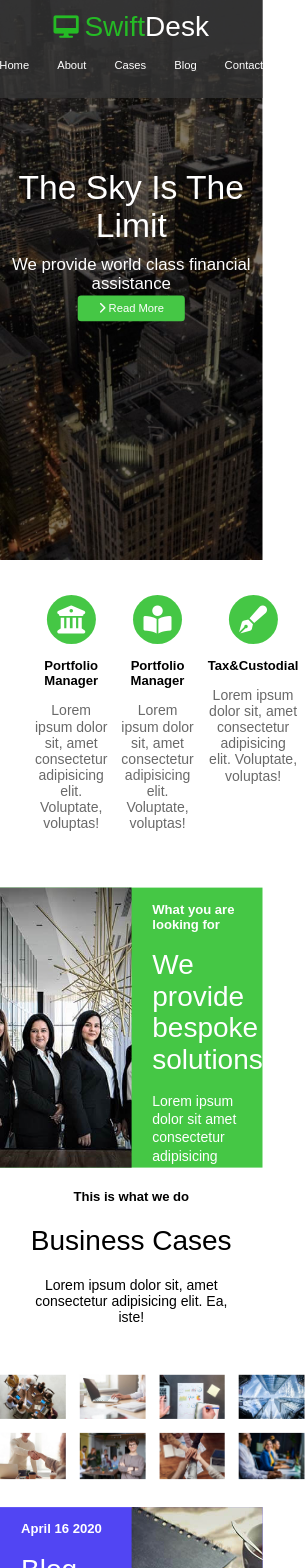
Repository: reemoon-ctrl/swiftdisk-Website-Flexbox
Page: index.html
These files come from the project's save history. The page is drawn as it stood at one moment and after the next save; the edit follows.
The browser window is 375 px wide. The page is 435 px wide, so the pictures cover 435 px, including what lies to the right of the window. The pictures show the part of the page from y = 0 to 2240 px (the page is 3551 px tall), at 70% of full size.
Some web fonts or font styles are not loaded; a fallback is used.

Above is the page before, as saved 2024-07-28 10:02:33.

### index.html
<!DOCTYPE html>
<html lang="en">
<head>
    <meta charset="UTF-8">
    <meta name="viewport" content="width=device-width, initial-scale=1.0">
    <title>
        Swift Desk
    </title>
    <link rel="stylesheet" href="https://cdnjs.cloudflare.com/ajax/libs/pretendard-gov/1.3.9/variable/pretendardvariable-gov.css" integrity="sha512-8+hQBaMPOtCpDlrIo2m0mrtjxkbHDG7Qn6+ftvl8QmG21EGNQTP8Qi76h2VgHyol77soXLVZuuZDX953JC10hw==" crossorigin="anonymous" referrerpolicy="no-referrer" />
    <link rel="stylesheet" href="https://cdnjs.cloudflare.com/ajax/libs/font-awesome/6.0.0-beta3/css/all.min.css">

    <link rel="stylesheet" href="index.css">
    <link rel="stylesheet" href="media.css">
</head>
<body>
    <div class="show-case">
        <header>
            <div class="nav-bar">
                <div class="title-bar">
                    <i class="fas fa-desktop fa-2x" style="color: rgb(37, 187, 37)"></i>
                    <h1 class="title"><span class="fword"> Swift</span>Desk</h1>
                </div>
                <div class="link-bar">
                    <a href="index.html">Home</a>
                    <a href="#about">About</a>
                    <a href="#cases">Cases</a>
                    <a href="#blog">Blog</a>
                    <a href="#contact">Contact</a>
                </div>
            </div>
        </header>
        <header class="hd-content">
            <h1>The Sky Is The Limit</h1>
            <p>We provide world class financial assistance
            </p>
            <a href=""><i class="fas fa-chevron-right "></i> Read More</a>

        </header>

    </div>
    <main>
        <div class="about-section">
            <ul id="about"class="about-srvice" >
                <li><i class="fas fa-university " ></i>
                    <h3>Portfolio Manager</h3>
                    <p>Lorem ipsum dolor sit, amet consectetur
                         adipisicing elit. Voluptate, voluptas!</p>
                </li>
                <li><i class="fas fa-book-open-reader " ></i>
                    <h3>Portfolio Manager</h3>
                    <p>Lorem ipsum dolor sit, amet consectetur
                         adipisicing elit. Voluptate, voluptas!</p></li>
                <li><i class="fas fa-pen-fancy " ></i>
                    <h3>Tax&Custodial</h3>
                    <p>Lorem ipsum dolor sit, amet consectetur
                         adipisicing elit. Voluptate, voluptas!</p></li>
            </ul>
        </div>
        <div>
            <div class="solutions">
                <div class="img"></div>
                <div class="solution-content">
                    <h3>What you are looking for</h3>
                    <h2>We provide bespoke solutions</h2>
                    <p>Lorem ipsum dolor sit amet consectetur
                        adipisicing elit. Mollitia nulla vitae aliquid voluptates placeat! Rem voluptatibus odit error labore! Nostrum, fuga tenetur. Doloribus, voluptas! Sed
                        fugiat explicabo perspiciatis velit ad?</p>
                    <a href="index.html">Read More</a>
                 </div>
            </div>
        </div>
        <div class="Business-case" id="cases">
            <div class="Business-case-content">
                <h3>This is what we do</h3>
                <h2>Business Cases</h2>
                <p>Lorem ipsum dolor sit, amet consectetur
                     adipisicing elit. Ea, iste!</p>
            </div>
            <div class="BC-image">
                <img class="BCimg BCimg1" src="/img/cases/cases1.jpg" alt="">
                <img  class="BCimg BCimg2" src="/img/cases/cases2.jpg" alt="">
                <img class="BCimg BCimg3" src="/img/cases/cases3.jpg" alt="">
                <img class="BCimg BCimg4" src="/img/cases/cases4.jpg" alt="">
                <img class="BCimg BCimg5" src="/img/cases/cases5.jpg" alt="">
                <img class="BCimg BCimg6" src="/img/cases/cases6.jpg" alt="">
                <img class="BCimg BCimg7" src="/img/cases/cases7.jpg" alt="">
                <img class="BCimg BCimg8" src="/img/cases/cases8.jpg" alt="">
            </div>
        </div>

        <div>
            <div class="blog" id="blog">
                <div class="img"></div>
                <div class="blog-content">
                    <h3>April 16 2020</h3>
                    <h2>Blog Post One</h2>
                    <p>Lorem ipsum dolor sit amet consectetur
                        adipisicing elit. Mollitia nulla vitae aliquid voluptates placeat! Rem voluptatibus odit error labore! Nostrum, fuga tenetur. Doloribus, voluptas! Sed
                        fugiat explicabo perspiciatis velit ad?</p>
                    <a href="blog.html">Read Our Blog</a>
                 </div>
            </div>
        </div>
        <div class="Business-case">
            <div class="Business-case-content">
                <h3>Who we are</h3>
                <h2>Our Professional Team</h2>
                <p>Lorem ipsum dolor sit, amet consectetur
                     adipisicing elit. Ea, iste!</p>
            </div>
            <div class="our-team">
                <ul class="team-image">
                    <li><img  class="tmimg tm-img1" src="/img/team/person1.jpg" alt=""><h4>John Doe</h4><p>President</p></li>
                    <li><img  class="tmimg tm-img2" src="/img/team/person2.jpg" alt=""><h4>Jane Doe</h4><p>Vice President</p></li>
                    <li><img class="tmimg tm-img3" src="/img/team/person3.jpg" alt=""><h4>Steve Smith</h4><p>Marketing Head</p></li>
                </ul>
            </div>
        </div>
        <div>
            <div class="request" id="contact">
                <div class="img"></div>
                <div class="form-content">
                    <h2>Request Callback</h2>
                    <form class="requwst-form"action="">
                        <input type="text" name="name" id="name" placeholder="enter name">
                        <input type="email" name="Email" id="Email" placeholder="enter email">
                        <input type="tel" name="phone" id="phone" placeholder="enter  phone number">
                        <input type="submit" value="Send" id="submit">
                    </form>


                 </div>

            </div>
        </div>

    </main>
    <footer>
        <ul class="footer-icon">
            <li><a href=""><i class="fa-brands fa-facebook"></i></a></li>
            <li><a href=""><i class="fa-brands fa-twitter"></i></a></li>
            <li><a href=""><i class="fa-brands fa-linkedin"></i></a></li>
            <li><a href=""><i class="fa-brands fa-youtube"></i></a></li>
        </ul>
        <p>copyright &copy; 2020-SwiftDesk</p>
    </footer>



</body>
</html>

### index.css
@import url('https://fonts.googleapis.com/css2?family=Open+Sans:ital,wght@0,300..800;1,300..800&family=Poppins:ital,wght@0,100;0,200;0,300;0,400;0,500;0,600;0,700;0,800;0,900;1,100;1,200;1,300;1,400;1,500;1,600;1,700;1,800;1,900&display=swap');


*{
    box-sizing: border-box;
    margin: 0;
    padding: 0;
}

body{
    font-family: 'Open Sans ', sans-serif;
}
h1,h2{
    font-weight: 300;
}
.nav-bar{
    display: flex;
    justify-content:space-between ;
    padding: 20px 20px;
    color:#fff;
    background-color: #333333cd;
    position: fixed;
    top: 0px;
    height:70px;
    width:100vw;
}
.title-bar{
    align-items: center;
    flex-grow: 1;
    display: flex;
    gap:.5rem;


}
.title-bar h1{
    display:inline-block;
    font-size:2.5rem;
    font-weight: 400;
}

.link-bar{

    /* flex-grow:1 ; */
    align-self: center;
    display: flex;
}
.link-bar a{
    padding: 23.5px 20px;
    color:#fff;
    text-decoration: none;


}
.link-bar a:hover{
    border-bottom: 2px #25bb25 solid;
}
.fword{
    color:#25bb25;
}
.show-case{
   height:100vh;
   text-align: center;
   color:#fff;
   position: relative;
   background:  url('img/home/showcase.jpg') no-repeat center center/cover;
}
.show-case *{
    z-index: 10;
}
.show-case::before{
    content:'';
    position: absolute;
    background: hsla(0%, 0%, 0%, 0.5);
    left: 0;
    top:0;
    width: 100%;
    height:100%;
}
.hd-content{
    padding-top: 18rem;
}
.hd-content h1{
    font-size: 3rem;
}
.hd-content p{
    font-size: 1.5rem;
    padding-top: .8rem;
    padding-bottom: .8rem;
}
.hd-content a{
    color: #fff;
    background:#45c745 ;
    padding: 10px 30px;
    border-radius: 5px;
    text-decoration: none;
    text-align: center;
}
.about-section ul{
    display: flex;
    list-style: none;
    gap: 20px;

}
.about-srvice{
    padding: 50px ;
}
.about-srvice li{
    text-align: center;
}
.about-srvice li i{
    background-color: rgb(69, 199, 69);
    color:#fff;
    width:70px;
    height: 70px;
    border-radius: 70px;
    font-size: 40px;
    padding-top:15px ;


}
.about-srvice li h3{
    padding-top: 20px;
}
.about-srvice li p{
    padding-top: 20px;
    padding-bottom: 30px;
    font-size: 20px;
    color: dimgrey;
}

.solutions{
    display:flex;
    background: #45c745;

}
.solutions .img{
    width:50%;
    background: url('/img/home/people.jpg') center center/cover no-repeat;

}
.solution-content{
    color:#fff;
    padding:20px 30px;
    height:25rem;
    width: 50%;
}
.solution-content h2{
    font-size: 40px;
    font-weight: 500;
    padding: 1.5rem 0px;
}
.solution-content p{
    font-size: 20px;
    line-height: 1.3;
    margin-bottom: 20px;
}
.solution-content a{
    padding: 10px 40px;
    border: 1px solid;
    color:#fff;
    text-decoration: none;
    border-radius: 5px;
    font-size: 18px;

}
.Business-case{
    width: 100vw;
}
.Business-case-content{
    text-align: center;
    padding-left: 30px;
    padding-right: 30px;
}
.Business-case-content h3{
    padding: 30px 0px;
}
.Business-case-content h2{
   padding-bottom: 30px;
    font-size: 40px;
    font-weight: 500;
}
.Business-case-content p{
    padding-bottom: 30px;
    font-size: 20px;
}
.BC-image{
    display: grid;
    grid-template-columns:25% 25% 25% 25%;
   gap: 20px;
   padding: 40px 0px;
}
.BCimg{
    width: 100%;
    height:100%;
    object-fit: cover;


}
.BCimg:hover{
    opacity: 0.7;
}
/* //////////////////////////////////// */
.blog{
    display:flex;
    background: #5145f3;
    flex-direction: row-reverse;

}
.img{
    width:50%;
    background: url('/img/home/blog.jpg') center center/cover no-repeat;

}
.blog-content{
    color:#fff;
    padding:20px 30px;
}
.blog-content{
    height:25rem;
    width: 50%;
}
.blog-content h2{
    font-size: 40px;
    font-weight: 500;
    padding: 1.5rem 0px;
}
.blog-content p{
    font-size: 20px;
    line-height: 1.3;
    margin-bottom: 20px;
}
.blog-content a{
    padding: 10px 40px;
    border: 1px solid;
    color:#fff;
    text-decoration: none;
    border-radius: 5px;
    font-size: 18px;

}
.our-team{
    padding-bottom: 40px;
}
.team-image{
    display: flex;
    justify-content: space-around;
    width: 100vw;
    list-style: none;
    text-align: center;

}
.team-image li h4{
    padding: 15px;
}
.tmimg{
    width: 90%;
    height:70%;
    border-radius: 70%;

}
.request{
    display: flex;
    background-color: #f4f4f4;
}
.request .img{
    background: url(/img/home/contact.jpg);
}
.form-content{
    color:#333;
    padding:20px 30px;
    height:25rem;
    width: 50%;
}
.form-content h2{
    color:#333;
    font-size: 40px;
    font-weight: 500;
    padding: 1.5rem 0px;
    font-weight:lighter;
}
.requwst-form{
    display: flex;
    flex-direction: column;
    gap :20px;

}
.requwst-form input{
border: #ddd;
color: #333;
font-size: 15px;
padding: 10px;
}
.requwst-form input:focus{
    outline-color:#25bb25 ;
}
.requwst-form input[type=submit]{
    background: #25bb25;
    color:#fff;
    cursor: pointer;
    border-radius: 5px;


}
.requwst-form input[type=submit]:hover{
    background-color: #6de66d;

}
footer{
    background: #333;
    padding: 20px ;
}
.footer-icon{
    display: flex;
    align-items: center;
    justify-content: center;
    gap:25px;
}
.footer-icon li{
    list-style: none;
}
.footer-icon li a{
    color: #fff;
    font-size: 30px;
}
.footer-icon li a:hover{
    color: #45c745;
}

footer p{
    text-align: center;
    color: #fff;
    padding-top: 20px;

}
/* //////////blog page//////////////// */
#blog-case{
    height:fit-content;
    text-align: center;
    color:#fff;
    background:  url('img/home/blog.jpg') no-repeat center center/cover ;
 }
.blog-h1{
    font-size: 70px;
    font-weight: 400;
    padding-bottom: 50px;

 }
 .blog-light{
    display:flex;
    background: #fff;
    flex-direction: row-reverse;

}
.img-light{
    width:50%;
    background: url('/img/blog/blog1.jpg') center center/cover no-repeat;

}
.blog-content-light{
    color:#333;
    padding:20px 30px;
    height:25rem;
    width: 50%;
}
.blog-content-light h2{
    font-size: 40px;
    font-weight: 500;
    padding: .4rem 0px;
}
.blog-content-light h3{
    padding-bottom: 1.7rem;
}
.blog-content-light p{
    font-size: 20px;
    line-height: 1.3;
    margin-bottom: 20px;
}
.blog-content-light a{
    padding: 10px 30px;
    border: 1px solid;
    color:#fff;
    background-color: #333;
    text-decoration: none;
    border-radius: 5px;
    font-size: 18px;

}
.blog-dark{
    display:flex;
    background: #333;
    flex-direction: row-reverse;

}
.img-dark{
    width:50%;
    background: url('/img/blog/blog2.jpg') center center/cover no-repeat;

}
.blog-content-dark{
    color:#fff;
    padding:20px 30px;
    height:25rem;
    width: 50%;
}
.blog-content-dark h2{
    font-size: 40px;
    font-weight: 500;
    padding: .4rem 0px;
}
.blog-content-dark h3{
    padding-bottom: 1.7rem;
    font-weight:normal;
}
.blog-content-dark p{
    font-size: 20px;
    line-height: 1.3;
    margin-bottom: 20px;
}
.blog-content-dark a{
    padding: 10px 30px;
    border: 1px solid;
    color:#333;
    background-color: #fff;
    text-decoration: none;
    border-radius: 5px;
    font-size: 18px;

}
.last-blog .img-light{
    width:50%;
    background: url('/img/blog/blog3.jpg') center center/cover no-repeat;

}
.author{
    font-weight: 700;
}

### media.css
@media screen and (max-width:500px){
    .nav-bar{
        flex-direction: column;
        height:140px;
        justify-content: center;
        align-items: center;

    }
    .hd-content{
        padding-top: 15rem;
    }

}

After the next save:
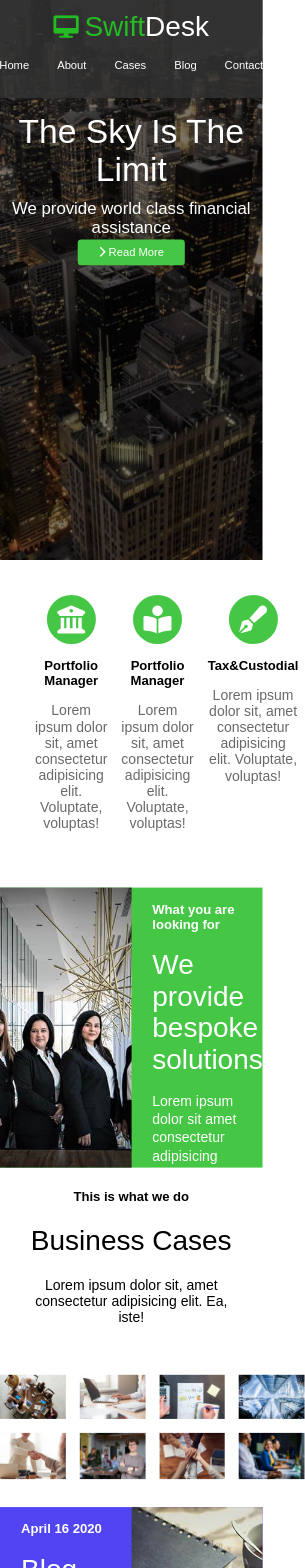
Saved 7 s later.
--- a/media.css
+++ b/media.css
@@ -7,7 +7,7 @@
 
     }
     .hd-content{
-        padding-top: 15rem;
+        padding-top: 10rem;
     }
 
 }

After the 2 saves that followed:
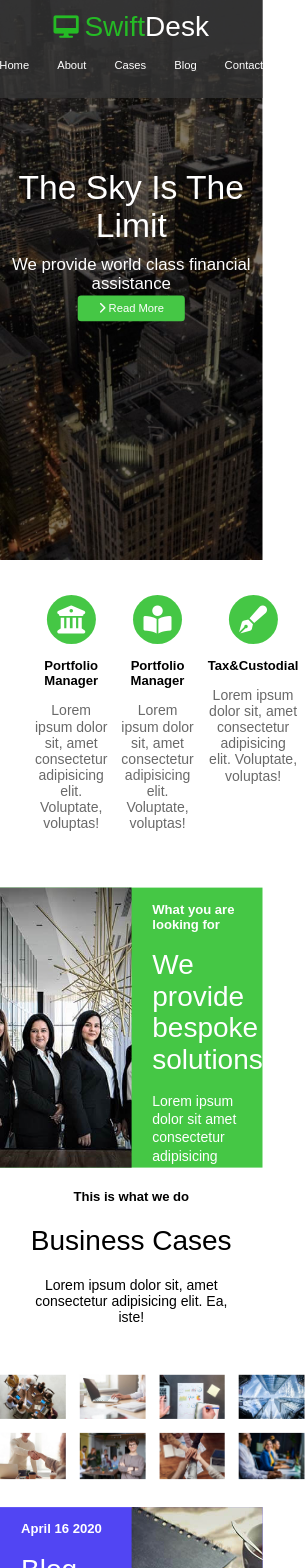
The 2 saves are shown as one change because they came seconds apart.
The last was saved 9 s later.
--- a/media.css
+++ b/media.css
@@ -7,7 +7,7 @@
 
     }
     .hd-content{
-        padding-top: 10rem;
+        padding-top: 15rem;
     }
 
 }
